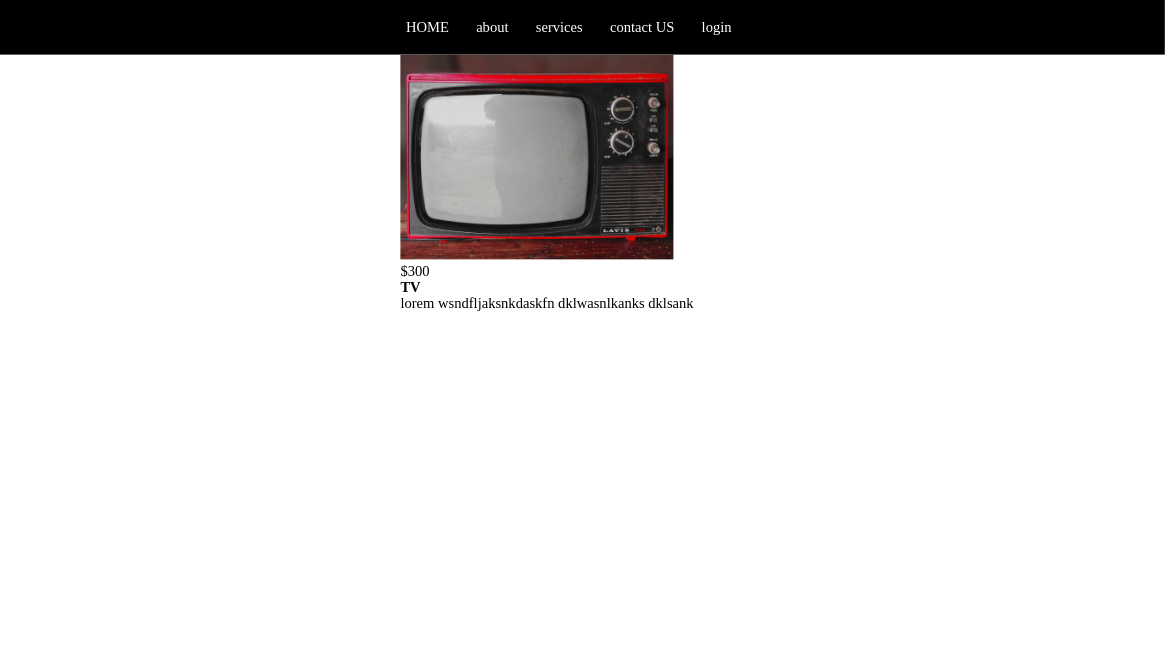
Repository: viveknaidu007/repo-166-Full-Stack-Development-Learning-Notes-Innomatics-2024
Page: module_1-html,css,bootstrap/sept_25_2024/index.html
An editor plug-in stored every save of this project. The page is shown before and after the next save, followed by the edit.
The browser window is 1280 px wide. The pictures show the whole page, at 91% of full size.

Above is the page before, as saved 2024-09-27 19:02:12.

### module_1-html,css,bootstrap/sept_25_2024/index.html
<!DOCTYPE html>
<html lang="en">
<head>
    <meta charset="UTF-8">
    <meta name="viewport" content="width=device-width, initial-scale=1.0">
    <title>flex_box</title>

    <style>
        ul{
            display: flex;
            list-style-type: none;
            background-color: black;
            color: white;
            height:60px;
            justify-content: center;
            align-items: center;
        }

        ul li{
            margin-right: 30px;
        }

        *{
            margin:0px;
            padding:0px;
            justify-content: center;
        }

        .product{
            width: 400px;
            height : 350px;
            border: 2px solid blaxk;
            border-radius: 10px;
            margin: auto;
        }

        img{
            width: 300px;
        }

    </style>
</head>
<body>
    <header>
        <nav>
            <ul>
                <li> HOME </li>
                <li> about </li>
                <li> services </li>
                <li> contact US </li>
                <li> login </li>
            </ul>
        </nav>
    </header>
    <div class="box"> </div>

    <div class="product">
        <img src="vintage-tv-1116587_1280.jpg" alt="">
        <p> $300 </p>
        <h4> TV </h4>
        <p> lorem wsndfljaksnkdaskfn dklwasnlkanks dklsank</p>

    </div>
</body>
</html>

After the next save:
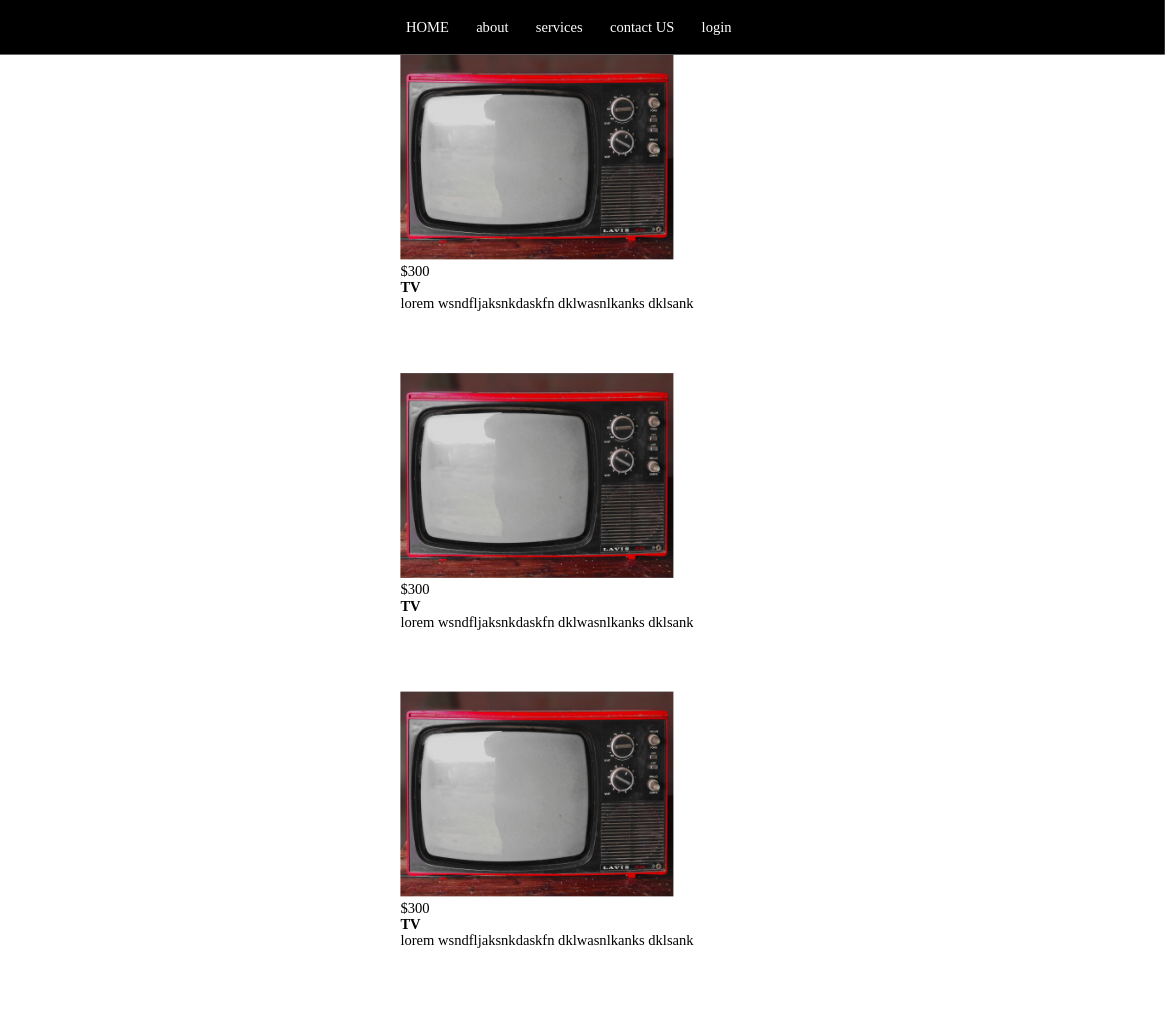
Saved 2 h 42 min later.
--- a/module_1-html,css,bootstrap/sept_25_2024/index.html
+++ b/module_1-html,css,bootstrap/sept_25_2024/index.html
@@ -61,5 +61,22 @@
         <p> lorem wsndfljaksnkdaskfn dklwasnlkanks dklsank</p>
 
     </div>
+
+    <div class="product">
+        <img src="vintage-tv-1116587_1280.jpg" alt="">
+        <p> $300 </p>
+        <h4> TV </h4>
+        <p> lorem wsndfljaksnkdaskfn dklwasnlkanks dklsank</p>
+
+    </div>
+
+    <div class="product">
+        <img src="vintage-tv-1116587_1280.jpg" alt="">
+        <p> $300 </p>
+        <h4> TV </h4>
+        <p> lorem wsndfljaksnkdaskfn dklwasnlkanks dklsank</p>
+
+    </div>
+
 </body>
 </html>
